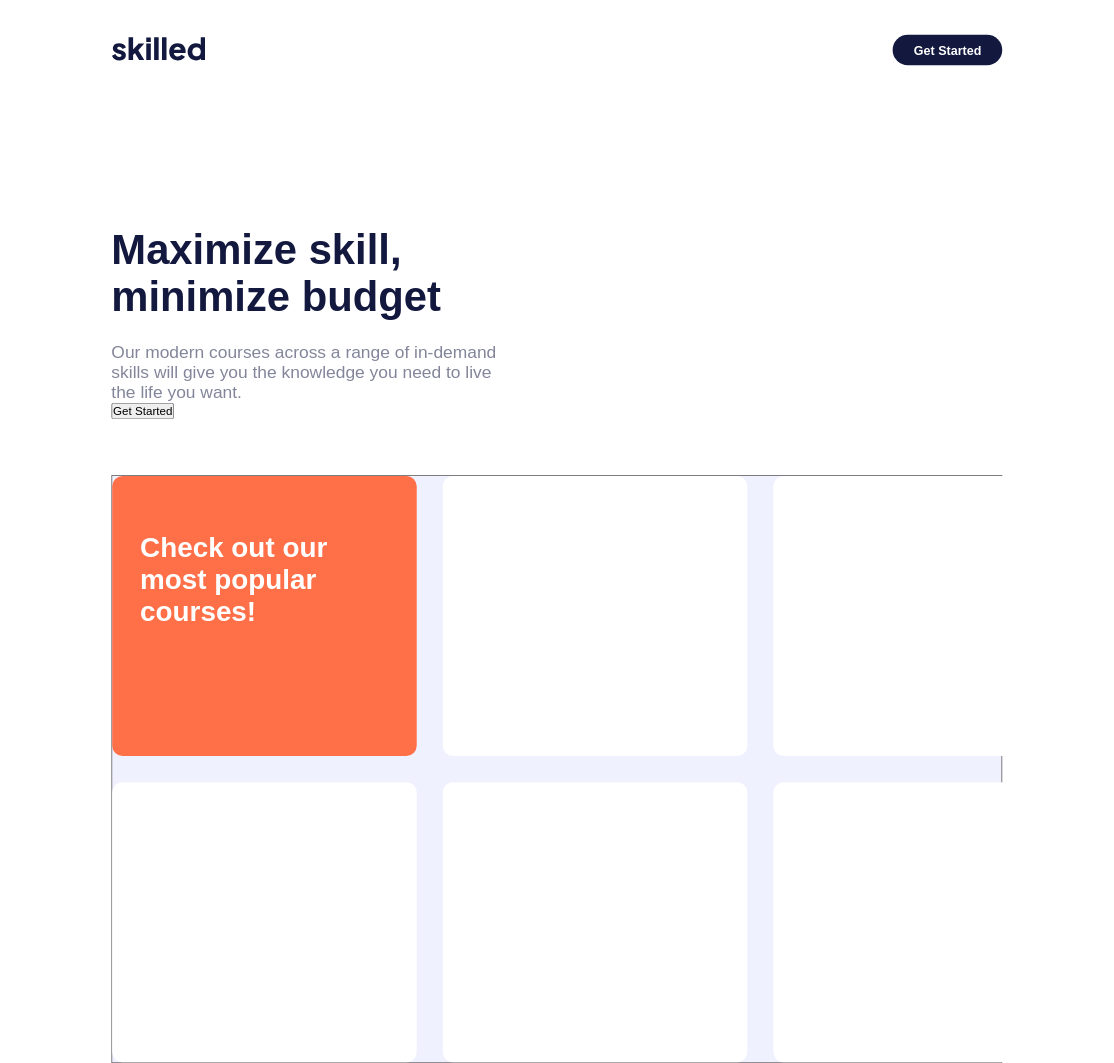
Repository: exe-walt/E-Learning-Landing-Page
Page: index.html
These files come from the project's save history. The page is drawn as it stood at one moment and after the next save; the edit follows.
The browser window is 1280 px wide. The pictures show the whole page, at 87% of full size.
Some web fonts or font styles are not loaded; a fallback is used.

Above is the page before, as saved 2025-05-29 12:04:51.

### index.html
<!DOCTYPE html> <!-- Document type declaration for HTML5 -->
<html lang="en">
<head>
  <meta charset="UTF-8"> <!-- Character encoding set to UTF-8 -->
  <meta name="viewport" content="width=device-width, initial-scale=1.0"> <!-- Responsive design meta tag -->
  <title>Skilled E-Learning Page</title> <!-- Page title -->
  <link rel="stylesheet" href="css/style.css"> <!-- Link to external CSS file -->
  <link href="https://fonts.cdnfonts.com/css/plus-jakarta-sans" rel="stylesheet"> <!-- Import custom font -->
</head>
<body>
  <div class="content-container"> <!-- Main content container -->

    <!-- NAVBAR SECTION -->
    <div class="navbar">
      <ul>
        <li id="logo">
          <img src="img/skilled-logo.svg" alt="logo">
        </li>
        <li class="navbar-button">
          <button>Get Started</button> <!-- Call-to-action button -->
        </li>
      </ul>
    </div>

    <!-- HERO SECTION -->
    <div class="hero-section">
      <div class="hero-text">
        <h1>Maximize skill, <br>minimize budget</h1>

        <p>
          Our modern courses across a range of in-demand <br> skills will give you the knowledge you need to live <br> the life you want.
        </p>

        <button>Get Started</button>
      </div>
    </div>

    <!--Popular Courses Cards-->
    <div class="cc"> <!--Courses-Container top-->
      <div class="main-left">
        <p>Check out our <br>most popular <br>courses! </p>
      </div>
      <div class="animation-card"></div>
      <div class="design-card"></div>

      <div class="photography"></div>
      <div class="crypto"></div>
      <div class="business"></div>
    </div>




  </div>

</body>
</html>

### css/style.css
* {
  box-sizing: border-box;
  margin: 0;
  padding: 0;
}

.navbar, .hero-section{
  background-image: url(../img/Group19.png);
}

body {
  font-family: "Plus Jakarta Sans", sans-serif;
  margin: 0;
  display: flex;
  justify-content: center;
  align-items: center;
}

.content-container {
  background-color: #ffffff;
  max-width: 75em;
  width: 80%;
  height: auto;
  margin: 0 auto;
}

.navbar {
  display: flex;
  justify-content: space-between;
  align-items: center;
  background-color: white;
  margin-top: 2.5em;
}

.navbar ul {
  display: flex;
  align-items: center;
  justify-content: space-between;
  width: 100%;
  list-style: none;
}

#logo img {
  height: 1.75em;
  width: auto;
}

.navbar-button button {
  background-color: #13183f;
  color: white;
  border: none;
  border-radius: 999px;
  padding: 0.6rem 1.5rem;
  font-weight: 600;
  font-size: 0.9rem;
  cursor: pointer;
  transition: background-color 0.3s ease;
}

.navbar-button button:hover {
  background-color: #666ca3;
}

.hero-section {
  display: flex;
}

.hero-text {
  margin-top: 11.5em;
}

.hero-text h1 {
  font-weight: 800; /* ExtraBold */
  font-size: 3rem;
  color: #13183f;
}

.hero-text p {
  font-weight: 400; /* Medium */
  font-size: 1.25rem;
  color: #83869a;
  padding-top: 1.25em;
}

.cc{
  display: grid;
  gap: 10px 20px;
  grid-template-columns: repeat(3, 1fr);
  gap: 30px;
  max-width: 100%;
  width: 100%;
  height: auto;
  border: 1px solid #6d6d6d;
  margin-top: 4em;;
  background-color: #F0F1FF; /* apply this gradient (#FFFFFF - #F0F1FF) */ /*Gradient direction is from top to bottom*/
}


.main-left{
  width: 350px;
  height: 322px;
  border-radius: 12px;
  background: #FF6F48; /* apply this gradient (#FF6F48 - F02AA6) */
}

.main-left p{
  font-size: 2em;
  font-weight: bolder;
  color: white;
  padding-top: 64px;
  padding-left: 32px;
  padding-right: 32px;
  padding-bottom: 138px;
  justify-content: center;
}

.animation-card, .design-card, .photography, .crypto, .business{
  width: 350px;
  height: 322px;
  border-radius: 12px;
  background:#ffffff;
}

After the next save:
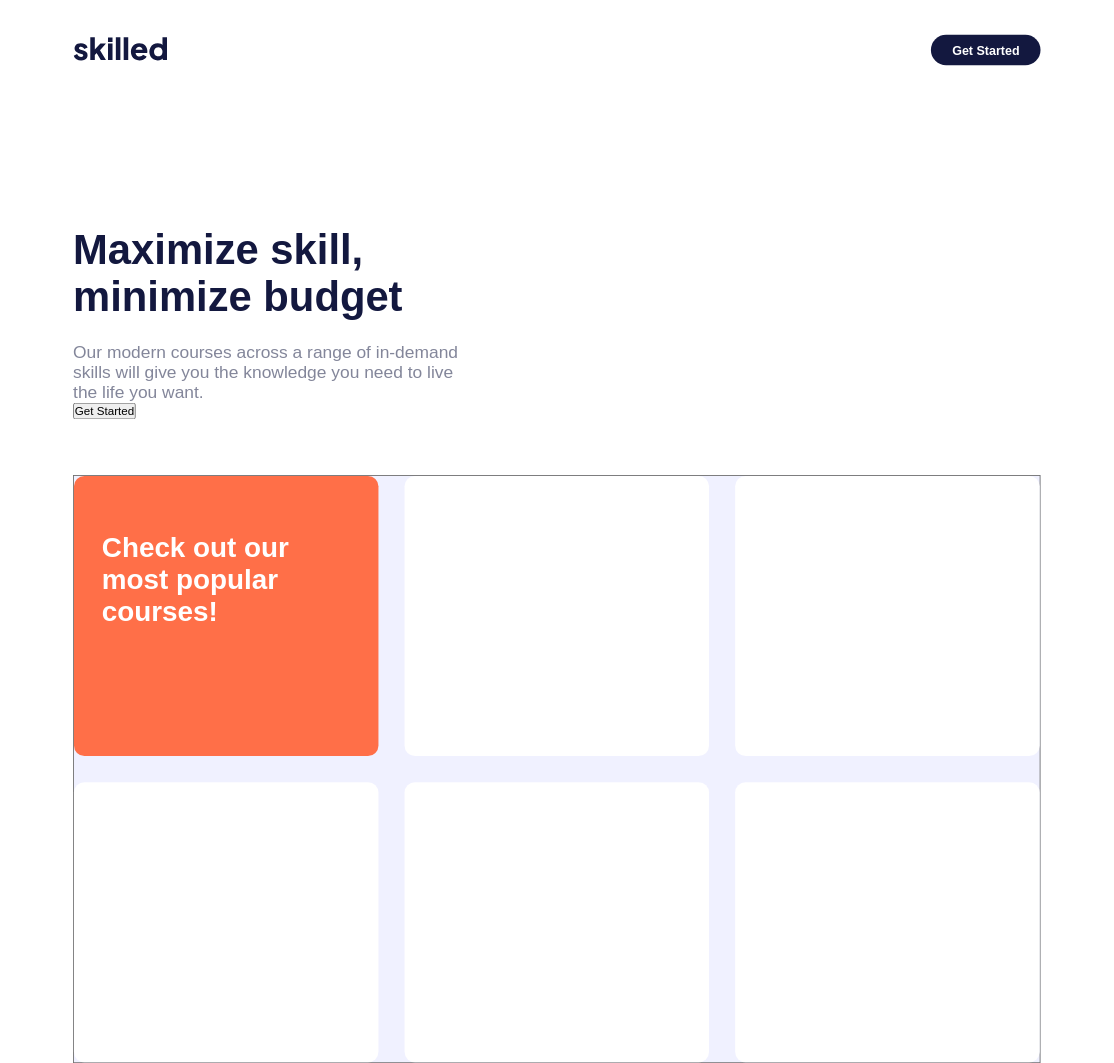
Saved 15 s later.
--- a/css/style.css
+++ b/css/style.css
@@ -16,7 +16,7 @@ body {
   align-items: center;
 }
 
-.content-container {
+.button {
   background-color: #ffffff;
   max-width: 75em;
   width: 80%;

After the 3 saves that followed:
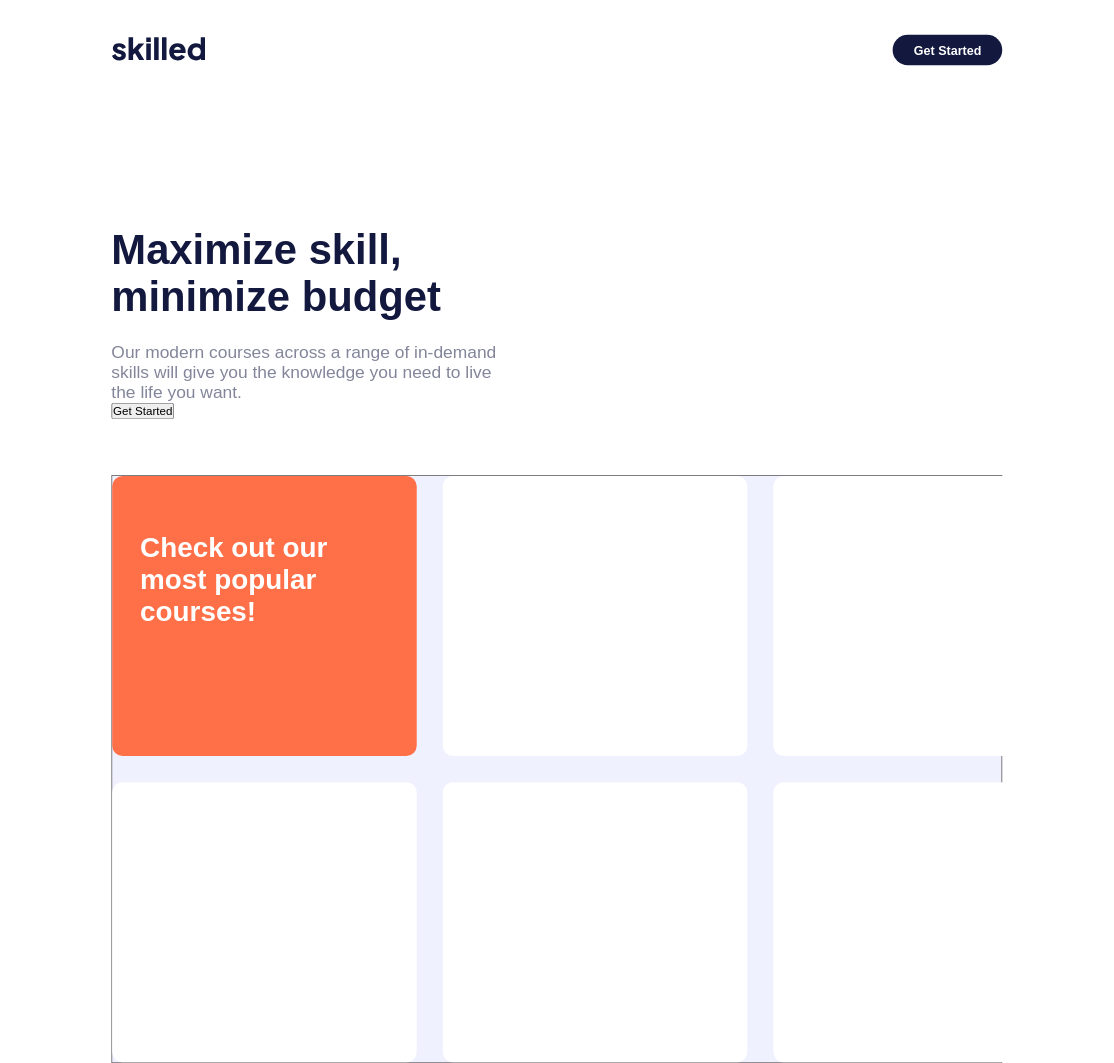
The 3 saves are shown as one change because 2 left the picture as it was.
The last was saved 79 s later.
--- a/index.html
+++ b/index.html
@@ -17,7 +17,7 @@
           <img src="img/skilled-logo.svg" alt="logo">
         </li>
         <li class="navbar-button">
-          <button>Get Started</button> <!-- Call-to-action button -->
+          <button class="nav-btn">Get Started</button> <!-- Call-to-action button -->
         </li>
       </ul>
     </div>
--- a/css/style.css
+++ b/css/style.css
@@ -16,7 +16,7 @@ body {
   align-items: center;
 }
 
-.button {
+.content-container {
   background-color: #ffffff;
   max-width: 75em;
   width: 80%;
